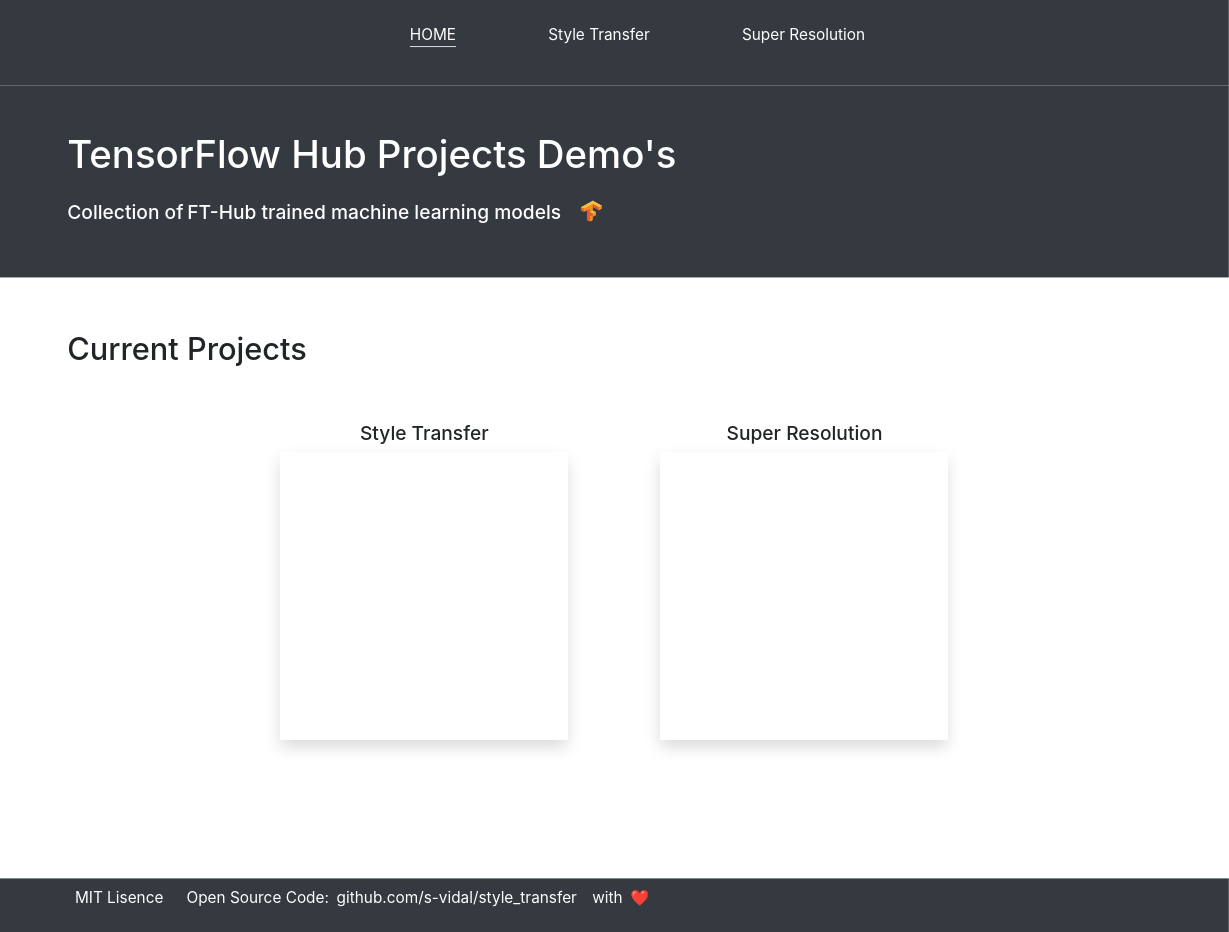
Repository: s-vidal/style_transfer
Page: / (app in client/)
These files come from the project's save history. The page is drawn as it stood at one moment and after the next save; the edit follows.
The browser window is 1280 px wide. The pictures show the whole page, at 96% of full size.
The page's requests for data from a server got no answer. The project was rebuilt for these pictures with package versions that can differ from the ones it lists, and the page was loaded fresh each time. A package was used in the major version that the imports need, not the one package.json lists. No one was signed in, and anything a server would have sent is missing. Also part of the build but not shown: client/src/components/DropZone.jsx, client/src/lib/api.js, client/src/components/Inference.jsx, client/src/components/Header.jsx, client/src/pages/StyleTransfer.jsx, client/src/pages/SuperResolution.jsx.

Above is the page before, as saved 2020-09-30 16:23:44.

### client/public/index.html
<!DOCTYPE html>
<html lang="en">
  <head>
    <meta charset="utf-8" />
    <link rel="icon" href="%PUBLIC_URL%/favicon.ico" />
    <meta name="viewport" content="width=device-width, initial-scale=1" />
    <meta name="theme-color" content="#000000" />
    <meta
      name="description"
      content="Web site created using create-react-app"
    />
    <link rel="apple-touch-icon" href="%PUBLIC_URL%/logo192.png" />
    <!--
      manifest.json provides metadata used when your web app is installed on a
      user's mobile device or desktop. See https://developers.google.com/web/fundamentals/web-app-manifest/
    -->
    <link rel="manifest" href="%PUBLIC_URL%/manifest.json" />
    <!--
      Notice the use of %PUBLIC_URL% in the tags above.
      It will be replaced with the URL of the `public` folder during the build.
      Only files inside the `public` folder can be referenced from the HTML.

      Unlike "/favicon.ico" or "favicon.ico", "%PUBLIC_URL%/favicon.ico" will
      work correctly both with client-side routing and a non-root public URL.
      Learn how to configure a non-root public URL by running `npm run build`.
    -->
    <!-- CSS only -->
    <link
      rel="stylesheet"
      href="https://stackpath.bootstrapcdn.com/bootstrap/4.5.2/css/bootstrap.min.css"
      integrity="sha384-JcKb8q3iqJ61gNV9KGb8thSsNjpSL0n8PARn9HuZOnIxN0hoP+VmmDGMN5t9UJ0Z"
      crossorigin="anonymous"
    />
    <title>React App</title>
  </head>
  <body>
    <noscript>You need to enable JavaScript to run this app.</noscript>
    <div id="root"></div>
    <!--
      This HTML file is a template.
      If you open it directly in the browser, you will see an empty page.

      You can add webfonts, meta tags, or analytics to this file.
      The build step will place the bundled scripts into the <body> tag.

      To begin the development, run `npm start` or `yarn start`.
      To create a production bundle, use `npm run build` or `yarn build`.
    -->
    <!-- JS, Popper.js, and jQuery -->
    <script
      src="https://code.jquery.com/jquery-3.5.1.slim.min.js"
      integrity="sha384-DfXdz2htPH0lsSSs5nCTpuj/zy4C+OGpamoFVy38MVBnE+IbbVYUew+OrCXaRkfj"
      crossorigin="anonymous"
    ></script>
    <script
      src="https://cdn.jsdelivr.net/npm/popper.js@1.16.1/dist/umd/popper.min.js"
      integrity="sha384-9/reFTGAW83EW2RDu2S0VKaIzap3H66lZH81PoYlFhbGU+6BZp6G7niu735Sk7lN"
      crossorigin="anonymous"
    ></script>
    <script
      src="https://stackpath.bootstrapcdn.com/bootstrap/4.5.2/js/bootstrap.min.js"
      integrity="sha384-B4gt1jrGC7Jh4AgTPSdUtOBvfO8shuf57BaghqFfPlYxofvL8/KUEfYiJOMMV+rV"
      crossorigin="anonymous"
    ></script>
  </body>
</html>

### client/src/App.js
import React from "react";
import {BrowserRouter as Router, Switch, Route} from "react-router-dom";
import "./App.css";
import StyleTransfer from "./pages/StyleTransfer";
import SuperResolution from "./pages/SuperResolution";
import Footer from "./components/Footer";
import NavBar from "./components/NavBar";
import HomePage from "./pages/HomePage";

function App() {
  return (
    <div>
      <Router>
        <NavBar />
        <Switch>
          <Route path="/super-resolution">
            <SuperResolution />
          </Route>
          <Route path="/style-transfer">
            <StyleTransfer />
          </Route>
          <Route path="/">
            <HomePage />
          </Route>
        </Switch>
        <Footer />
      </Router>
    </div>
  );
}

export default App;

### client/src/App.css
.vh-59 {
  min-height: 48vh;
}

.italic {
  font-style: italic;
}

### client/src/components/Footer.jsx
import React from "react";

const Footer = () => {
  return (
    <div className="text-white bg-dark">
      <div className="container mt-5">
        <div className="row p-2 mt-4">
          <p className="mr-4">MIT Lisence</p>
          <p>Open Source Code:</p>
          <a
            className="ml-2 text-white"
            href="https://github.com/s-vidal/style_transfer"
          >
            <span>github.com/s-vidal/style_transfer</span>
          </a>
          <p className="ml-3 mr-1"> with </p>
          <span role="img" aria-label="emoji" className="ml-1">
            ❤️
          </span>
        </div>
      </div>
    </div>
  );
};

export default Footer;

### client/src/components/NavBar.jsx
import React, {useState, useEffect} from "react";
import {Link, useLocation} from "react-router-dom";
import "./NavBar.css";

const NavBar = () => {
  const [currentPage, setCurrentPage] = useState("");
  const location = useLocation();

  useEffect(() => {
    const currentPath = location.pathname;
    setCurrentPage(currentPath.substring(1));
  }, [location]);

  return (
    <nav className="navbar navbar-expand-lg d-flex justify-content-center bg-dark pt-3 pb-3">
      <ul className="navbar-nav">
        <li className="nav-item">
          <Link className="nav-link pl-5 pr-5" to={"/"}>
            <div className="ml-5 ">
              <p
                className={
                  currentPage === ""
                    ? "text-white nav-text active border-bottom"
                    : "text-white nav-text"
                }
              >
                HOME
              </p>
            </div>
          </Link>
        </li>
        <li className="nav-item">
          <Link
            className="nav-link pl-5 pr-5 text-white"
            to={"/style-transfer"}
          >
            <p
              className={
                currentPage === "style-transfer"
                  ? "text-white nav-text active border-bottom"
                  : "text-white nav-text"
              }
            >
              Style Transfer
            </p>
          </Link>
        </li>
        <li className="nav-item active">
          <Link
            className="nav-link pl-5 pr-5 text-white"
            to={"/super-resolution"}
          >
            <p
              className={
                currentPage === "super-resolution"
                  ? "text-white nav-text active border-bottom"
                  : "text-white nav-text"
              }
            >
              Super Resolution
            </p>
          </Link>
        </li>
      </ul>
    </nav>
  );
};

export default NavBar;

### client/src/pages/HomePage.jsx
import React from "react";
import "../components/HomePage.css";

const HomePage = () => {
  return (
    <>
      <div className="bg-dark text-white p-4 pt-5 pb-5">
        <div className="container">
          <div className="row">
            <h1>TensorFlow Hub Projects Demo's</h1>
          </div>
          <div className="row mt-3">
            <h5>Collection of</h5>
            <a
              href="https://tfhub.dev/google/magenta/arbitrary-image-stylization-v1-256/2"
              className="pl-1 pr-1 text-white"
            >
              <h5>FT-Hub trained machine learning models</h5>
            </a>
            <img
              className="ml-3"
              src={require("../img/tf_logo.png")}
              alt="tf"
              width="22"
              height="22"
            ></img>
          </div>
        </div>
      </div>
      <div className="vh-59 p-5 pb-0">
        <div className="container p-0">
          <div>
            <h2 className="mt-2">Current Projects</h2>
          </div>
          <div className="row d-flex justify-content-center">
            <div className="m-5">
              <h5 className="text-center">Style Transfer</h5>
              <div className="home-item shadow"></div>
            </div>
            <div className="m-5">
              <h5 className="text-center"> Super Resolution</h5>
              <div className="home-item shadow"></div>
            </div>
          </div>
        </div>
      </div>
    </>
  );
};

export default HomePage;

### client/src/components/NavBar.css
.nav-text:hover {
  border-bottom: 1px solid white;
  transition-duration: 0.5s ease-in-out;
}

### client/src/components/HomePage.css
.home-item {
  min-width: 300px;
  min-height: 300px;
}
.home-item:hover {
  cursor: pointer;
  transform: translate(3px, 3px);
  transition-duration: 0.5s ease-in-out;
}

Loaded but not shown: client/src/index.js (common file); client/src/index.css (common file); client/src/serviceWorker.js (common file)

After the next save:
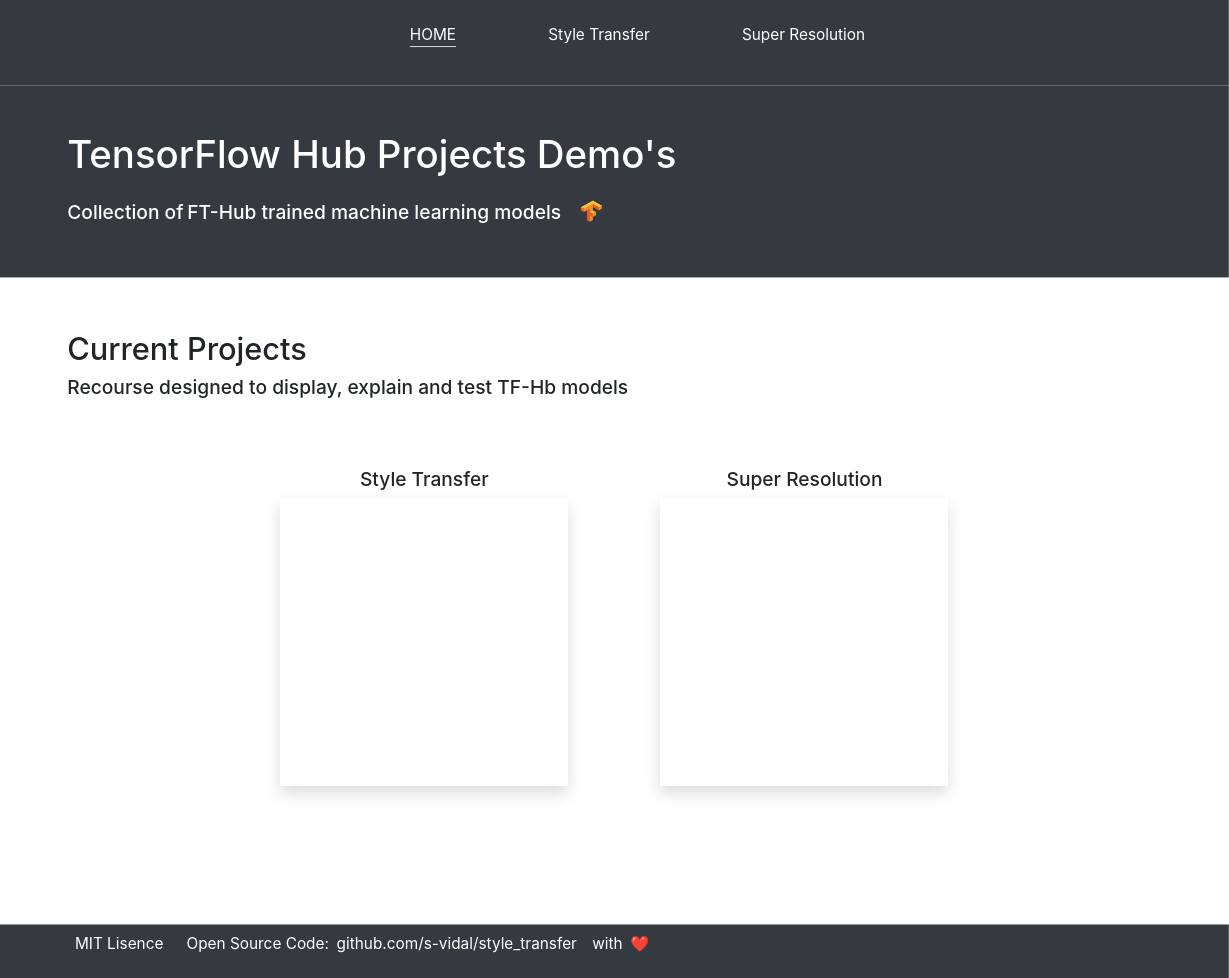
Saved 4 s later.
--- a/client/src/pages/HomePage.jsx
+++ b/client/src/pages/HomePage.jsx
@@ -31,6 +31,9 @@
         <div className="container p-0">
           <div>
             <h2 className="mt-2">Current Projects</h2>
+            <h5 className="mb-4">
+              Recourse designed to display, explain and test TF-Hb models
+            </h5>
           </div>
           <div className="row d-flex justify-content-center">
             <div className="m-5">

After the save that followed:
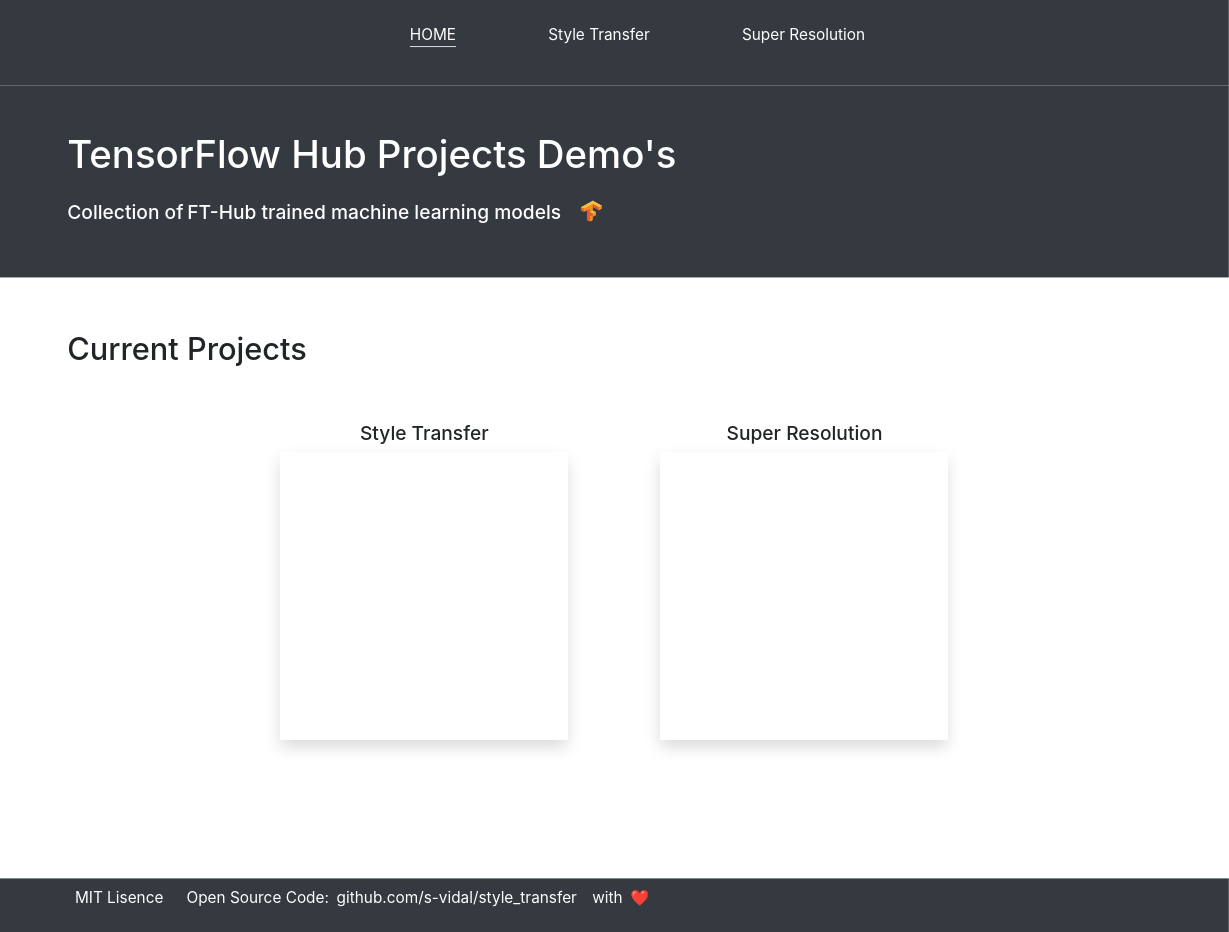
Saved 8 s later.
--- a/client/src/pages/HomePage.jsx
+++ b/client/src/pages/HomePage.jsx
@@ -30,10 +30,10 @@
       <div className="vh-59 p-5 pb-0">
         <div className="container p-0">
           <div>
+            {/* <h5 className="mb-4">
+              Recourse designed to display, explain and test TF-Hb models
+            </h5> */}
             <h2 className="mt-2">Current Projects</h2>
-            <h5 className="mb-4">
-              Recourse designed to display, explain and test TF-Hb models
-            </h5>
           </div>
           <div className="row d-flex justify-content-center">
             <div className="m-5">
